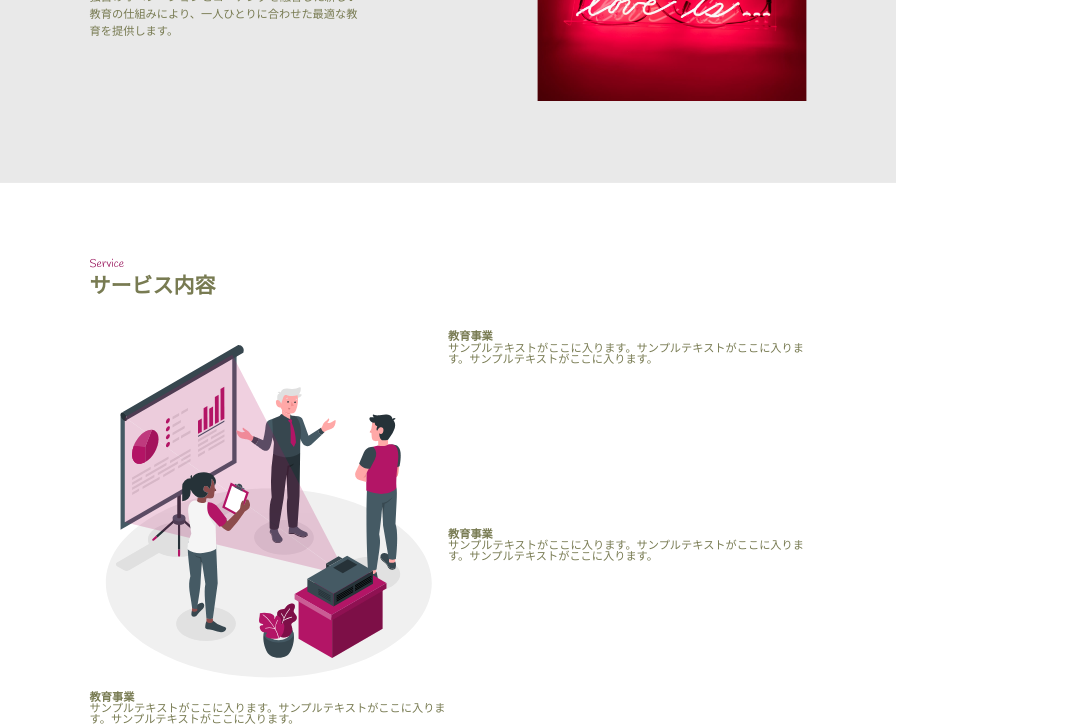
Repository: masanarimiura/20220504miura
Page: index.html
These files come from the project's save history. The page is drawn as it stood at one moment and after a run of saves; the edit follows.
The browser window is 1280 px wide. The page is 1536 px wide, so the pictures cover 1536 px, including what lies to the right of the window. The pictures show the part of the page from y = 1445 to 3045 px (the page is 2482 px tall before and 3045 px after), at 70% of full size.
Some web fonts or font styles are not loaded; a fallback is used.

Above is the page before, as saved 2022-05-04 21:45:20.

After the next 4 saves:
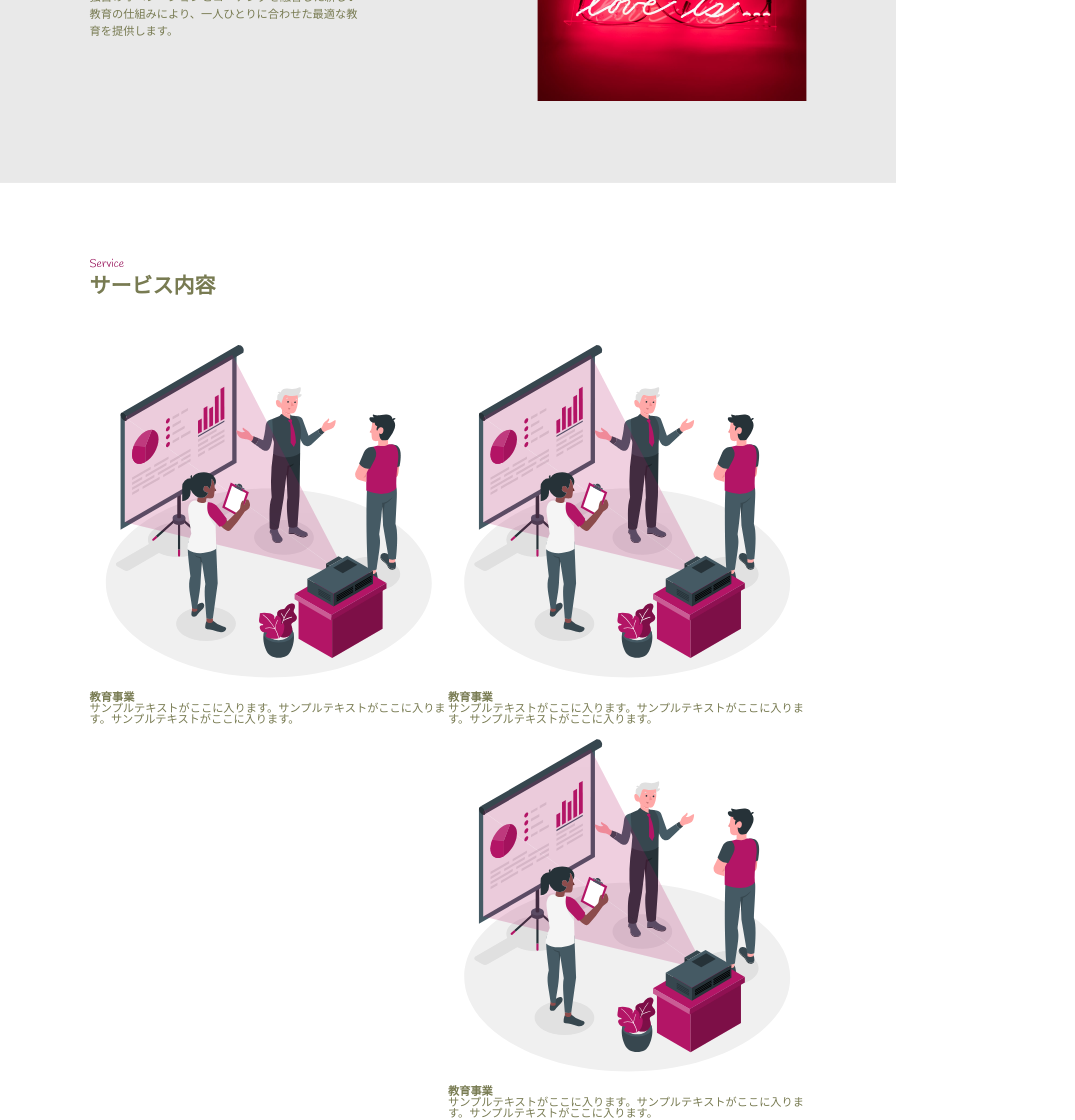
The 4 saves are shown as one change because they came seconds apart.
The last was saved 30 s later.
--- a/index.html
+++ b/index.html
@@ -122,10 +122,12 @@
       <p class="service-box-text1">サンプルテキストがここに入ります。サンプルテキストがここに入ります。サンプルテキストがここに入ります。</p>
     </div>
     <div class="service-box2">
+      <img src="img/service__first.svg" alt="" class="service-img">
       <h3 class="service-box-ttl2">教育事業</h3>
       <p class="service-box-text2">サンプルテキストがここに入ります。サンプルテキストがここに入ります。サンプルテキストがここに入ります。</p>
     </div>
     <div class="service-box3">
+      <img src="img/service__first.svg" alt="" class="service-img">
       <h3 class="service-box-ttl3">教育事業</h3>
       <p class="service-box-text3">サンプルテキストがここに入ります。サンプルテキストがここに入ります。サンプルテキストがここに入ります。</p>
     </div>
